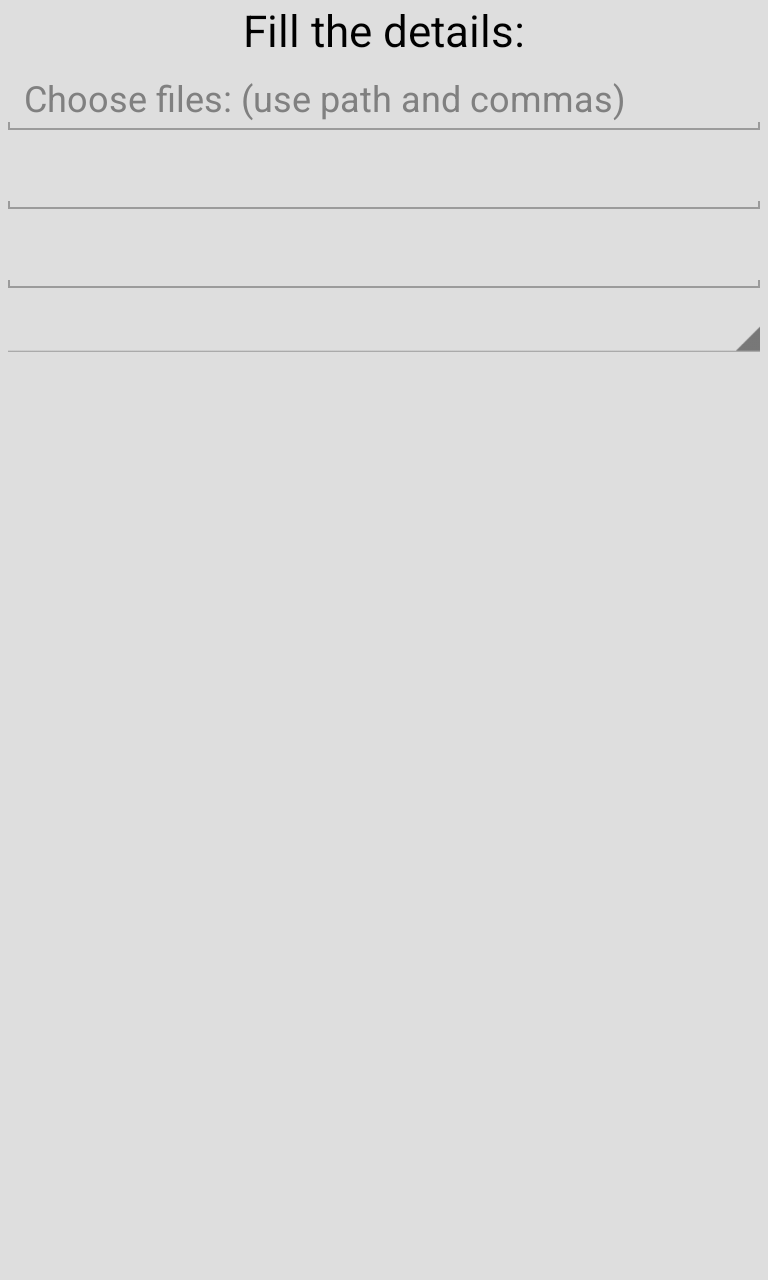
Repository: ya-ivanov/Android-Projects
Layout: Android Projects (OLD)/Zip It!/ZipIt/res/layout/activity_main.xml
The author's editor kept a copy of each file at every save. The layout is drawn from the files as they stood at one save, then again after the next save.
It is drawn on a 768 x 1280 px phone screen (xhdpi) without system bars, with theme AppTheme; the app's code is not run.

Above is the layout before, as saved 2013-12-11 20:16:55.

### Android Projects (OLD)/Zip It!/ZipIt/res/layout/activity_main.xml
<LinearLayout xmlns:android="http://schemas.android.com/apk/res/android"
    android:layout_width="fill_parent"
    android:layout_height="fill_parent"
    android:background="#dedede"
    android:orientation="vertical" >

    <TextView
        android:id="@+id/textView1"
        android:layout_width="match_parent"
        android:layout_height="wrap_content"
        android:text="Fill the details:"
        android:gravity="center_horizontal"
        android:textAppearance="?android:attr/textAppearanceLarge" />

    <EditText
        android:id="@+id/files"
        android:layout_width="match_parent"
        android:layout_height="wrap_content"
        android:hint="Choose files: (use path and commas)"
        android:ems="10" >
    </EditText>

    <EditText
        android:id="@+id/endDir"
        android:layout_width="match_parent"
        android:layout_height="wrap_content"
        android:ems="10" >
    </EditText>

    <EditText
        android:id="@+id/archiveName"
        android:layout_width="match_parent"
        android:layout_height="wrap_content"
        android:ems="10" >
    </EditText>

    <Spinner
	    android:id="@+id/spinner"
	    android:layout_width="fill_parent"
	    android:layout_height="wrap_content" />

</LinearLayout>

Loaded but not shown: Android Projects (OLD)/Zip It!/ZipIt/res/values/styles.xml (common file); Android Projects (OLD)/Zip It!/ZipIt/res/values-v11/styles.xml (common file); Android Projects (OLD)/Zip It!/ZipIt/res/values-v14/styles.xml (common file)

After the next save:
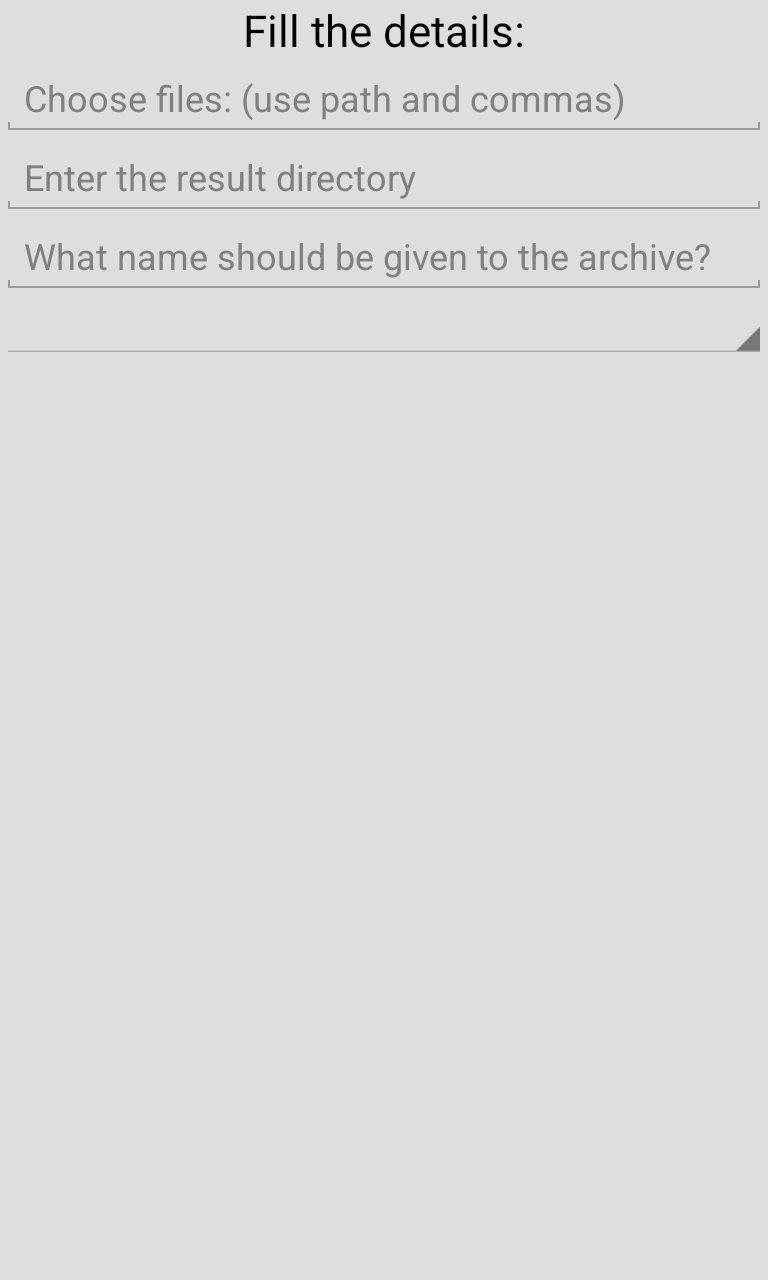
Saved 70 s later.
--- a/Android Projects (OLD)/Zip It!/ZipIt/res/layout/activity_main.xml
+++ b/Android Projects (OLD)/Zip It!/ZipIt/res/layout/activity_main.xml
@@ -24,6 +24,7 @@
         android:id="@+id/endDir"
         android:layout_width="match_parent"
         android:layout_height="wrap_content"
+        android:hint="Enter the result directory"
         android:ems="10" >
     </EditText>
 
@@ -31,6 +32,7 @@
         android:id="@+id/archiveName"
         android:layout_width="match_parent"
         android:layout_height="wrap_content"
+        android:hint="What name should be given to the archive?"
         android:ems="10" >
     </EditText>
 
